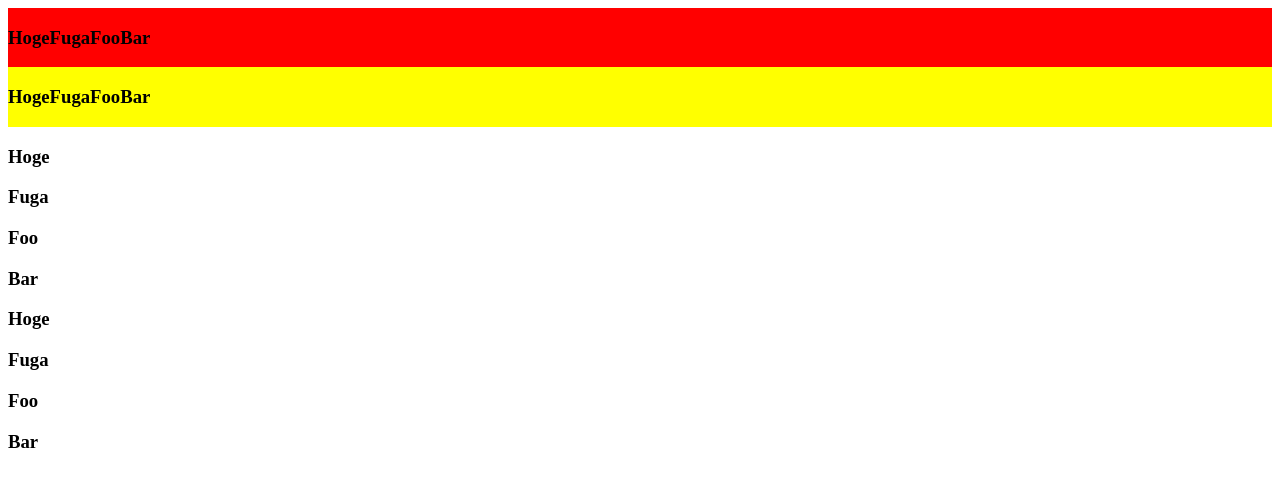
Repository: TakashiYamaguchi2021/samurai_HTML-CSS
Page: flexbox.html
The author's editor kept a record of every edit. The page is drawn from the files as they stood at one moment, then again after the next edit.
The browser window is 1280 px wide. The pictures show the whole page.

Above is the page before.

### flexbox.html
<html lang="ja">
    <head>
        <style>
            #no-wrap {
                display: flex;
                flex-wrap: wrap;
                background-color: red;
            }
            #wrap {
                display: flex;
                flex-wrap: wrap;
                background-color: yellow;
            }
            #wrap-reverse {
                display: flex;
                flex-wrap: wrap-reverse;
                background-color: blue;
            }
        </style>
    </head>
    <body>
        <div id="no-wrap">
            <h3>Hoge</h3>
            <h3>Fuga</h3>
            <h3>Foo</h3>
            <h3>Bar</h3>
        </div>
        <div id="wrap">
            <h3>Hoge</h3>
            <h3>Fuga</h3>
            <h3>Foo</h3>
            <h3>Bar</h3>
        </div>
        <div id="column">
            <h3>Hoge</h3>
            <h3>Fuga</h3>
            <h3>Foo</h3>
            <h3>Bar</h3>
        <div id="column-reverse">
            <h3>Hoge</h3>
            <h3>Fuga</h3>
            <h3>Foo</h3>
            <h3>Bar</h3>
        </div>
    </body>
</html>

After the next edit:
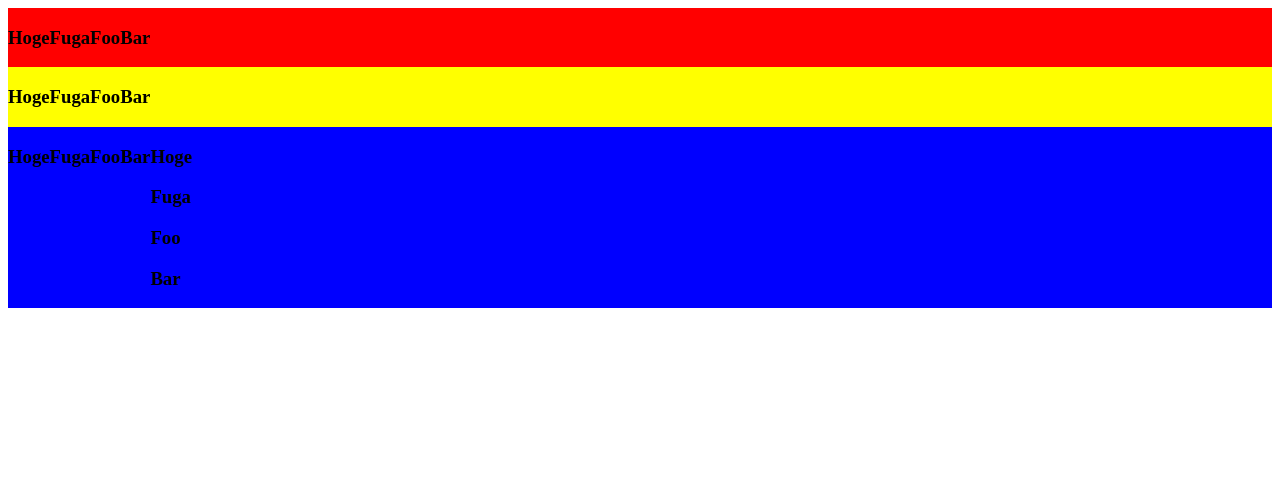
The edit:
--- a/flexbox.html
+++ b/flexbox.html
@@ -31,7 +31,7 @@
             <h3>Foo</h3>
             <h3>Bar</h3>
         </div>
-        <div id="column">
+        <div id="wrap-reverse">
             <h3>Hoge</h3>
             <h3>Fuga</h3>
             <h3>Foo</h3>
